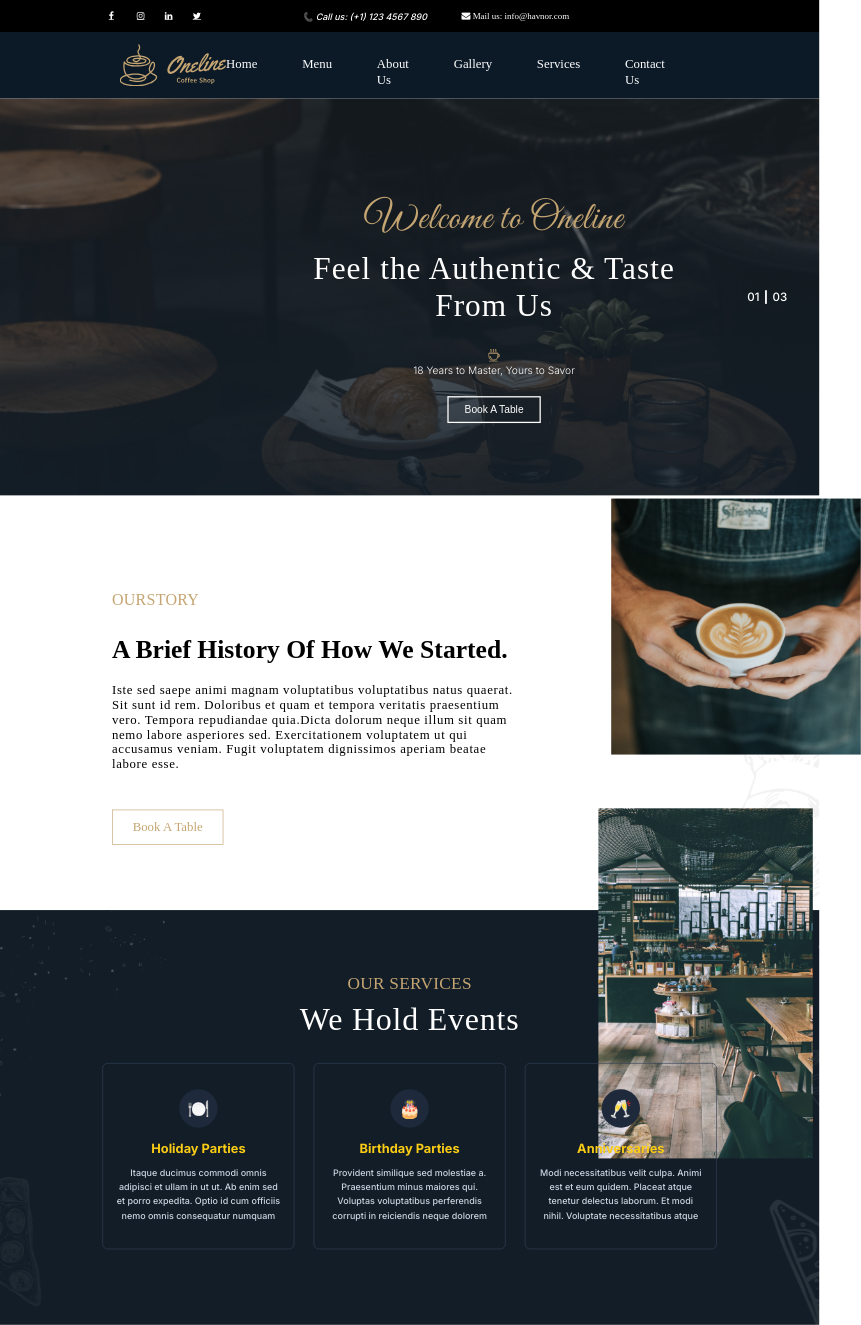
Repository: abhayzulasana/Online-Coffee-Shop
Page: index.html
An editor plug-in stored every save of this project. The page is shown before and after the next save, followed by the edit.
The browser window is 1280 px wide. The page is 1345 px wide, so the pictures cover 1345 px, including what lies to the right of the window. The pictures show the whole page, at 64% of full size.

Above is the page before, as saved 2025-05-21 17:22:32.

### index.html
<!DOCTYPE html>
<html lang="en">
<head>
  <meta charset="UTF-8" />
  <meta name="viewport" content="width=device-width, initial-scale=1.0" />
  <title>Oneline Coffee Shop</title>
  <link rel="stylesheet" href="style.css" />
  <link rel="stylesheet" href="https://cdnjs.cloudflare.com/ajax/libs/font-awesome/4.7.0/css/font-awesome.min.css">

  <link rel="preconnect" href="https://fonts.googleapis.com" />
  <link rel="preconnect" href="https://fonts.gstatic.com" crossorigin />
  <link href="https://fonts.googleapis.com/css2?family=Great+Vibes&family=Inter:wght@300;500;700&display=swap" rel="stylesheet">
</head>
<body>
  <header class="top-bar">
    <div class="social-icons">
      <a href="#" class="fa fa-facebook"></a>
      <a href="#" class="fa fa-instagram"></a>
      <a href="#" class="fa fa-linkedin"></a>
      <a href="#" class="fa fa-twitter"></a>

    </div>
    <div class="contact-info">
      <i class="call"> 📞   Call us: (+1) 123 4567 890</i>
      <i class="fa fa-envelope">    Mail us: info@havnor.com</i>

    </div>
  </header>

  <nav class="navbar">
    <div class="logo">
      <img src="img/cafelogo.svg">
      <!-- <span>☕</span>
      <span class="logo-text">Oneline <small>Coffee Shop</small></span> -->
    </div>
    <ul class="nav-links">
      <li>Home</li>
      <li>Menu</li>
      <li>About Us</li>
      <li>Gallery</li>
      <li>Services</li>
      <li>Contact Us</li>
    </ul>
  </nav>

  <section class="hero">
    <div class="hero-content">
  <center>
      <h2>Welcome to Oneline</h2>
      <h1>Feel the Authentic & Taste From Us</h1>
      <img src="img/cafe.svg">

      <!-- <div class="divider">☕</div> -->
      <p>18 Years to Master, Yours to Savor</p>
      <button>Book A Table</button>
    </div>
  </center>
    <div class="scroll-number">
      <span>01</span>
      <span>┃</span>
      <span>03</span>
    </div>
  </section >

   <div class="over-story">
    <div class="over-story-content">
        <h1>ourstory</h1>
        <h2>A Brief History Of How We Started.</h2>
        <p>Iste sed saepe animi magnam voluptatibus voluptatibus natus quaerat. Sit sunt id rem. Doloribus et quam et tempora veritatis praesentium vero. Tempora repudiandae quia.Dicta dolorum neque illum sit quam nemo labore asperiores sed. Exercitationem voluptatem ut qui accusamus veniam. Fugit voluptatem dignissimos aperiam beatae labore esse.</p>
        <button>Book A Table</button>
    </div>
    <div class="our-img">
        <img  class="img1" src="img/ourstory1.png">
        <img class="img2" src="img/ourstory2.png">

      </div>
   </div>


   <div class="our-services">
      <div class="text-content">
        <p class="section-title">OUR SERVICES</p>
        <h1 >We Hold Events</h1>
      </div>

      <div class="cards-container">
        <div class="card">
          <div class="icon-circle">🍽️</div>
          <h3>Holiday Parties</h3>
          <p>
            Itaque ducimus commodi omnis adipisci et ullam in ut ut. Ab enim sed
            et porro expedita. Optio id cum officiis nemo omnis consequatur numquam
          </p>
        </div>
        <div class="card">
          <div class="icon-circle">🎂</div>
          <h3>Birthday Parties</h3>
          <p>
            Provident similique sed molestiae a. Praesentium minus maiores qui.
            Voluptas voluptatibus perferendis corrupti in reiciendis neque dolorem
          </p>
        </div>
        <div class="card">
          <div class="icon-circle">🥂</div>
          <h3>Anniversaries</h3>
          <p>
            Modi necessitatibus velit culpa. Animi est et eum quidem. Placeat atque
            tenetur delectus laborum. Et modi nihil. Voluptate necessitatibus atque
          </p>
        </div>
      </div>

   </div>
</body>
</html>

### style.css
/* Reset & Base */
* {
    margin: 0;
    padding: 0px;
    box-sizing: border-box;
  }

  body {
    font-family: 'Inter', sans-serif;
    color: white;
    /* margin-left:90px; */
    height: 100vh;
  }
  html {
    scroll-behavior: smooth;
    /*Adds smooth scrolling instead of snapping to element*/
  }

  /* Top Bar */
  .top-bar {
    top: 0px;
    width: 100%;
    height: 50px;
    background-color: #000;
    color: white;
    display: flex;
    justify-content: space-between;
    padding: 10px 30px;
    font-size: 14px;

  }

  .social-icons a {
    margin-top:7px;
    width:40px;
    height: 17px;

    /* margin-right: 10px; */
    color: white;
    /* margin-left: 0px; */
    /* gap: 10px; */
  }
  .fa-facebook{
    margin-left: 140px;
  }
  .contact-info{
      display: flex;
      gap: 40px;
      margin-right: 320px;
      font-family: 'Inter', sans-serif;

      align-items: center;

  }
  .call{
      /* gap: 70px; */
      font-family: 'Inter', sans-serif;

      /* font: normal normal medium 16px/19px Montserrat; */
      width: 209px;
  }
  .fa-envelope{
    width: 209px;
    font-family: 'Inter', sans-serif;

  }

  /* Navbar */
  .navbar {
    top: 47px;
    margin-left: 0px;
    width: 100%;
    height: 104px;
    background-color: #0c1a28;
    display: flex;
    justify-content: space-between;
    text-align: left;
    /* align-items: center; */
    padding: 15px 50px;
  }

  .logo {
    display: flex;
    align-items: center;
    font-size: 70px;
    /* color: #C5A572; */
  }
.logo img{
  margin-left: 137px;
}
  /* .logo span{
    margin-left: 50px;
    color: #C5A572;
  } */
  .logo-text {
    top: 81px;
    width: 92px;
    height: px;
    color: #C5A572;
    font-family: 'Great Vibes', cursive;
    margin-left: 210px;
    font-size: 45px;
  }

  .logo-text small {
    display: block;
    font-size: 12px;
    font-family: 'Inter', sans-serif;
  }

  .nav-links {
    /* margin-left: 57px; */
    margin-right: 290px;
    margin-top: 23px;
    height: 24px;
    list-style: none;
    display: flex;
    gap: 70px;
    /* text-align: left; */
    font: normal normal normal 20px/24px Montserrat;
    color: #FFFFFF;
    opacity: 1;
  }

  .nav-links li {
    cursor: pointer;
  }

  /* Hero Section */
  .hero {
    top: 151px;
    left: 0px;
    width: 100%;
    height: 100px;
    display: flex;
    justify-content: space-between;
    align-items: center;
    height: calc(100vh - 100px);
    padding: 0 50px;
    background: url('img/bgcafe.png');
  background-repeat: no-repeat;
  background-size: cover;
  background-position: center;
  }

  .hero-content {
    top: 398px;
    margin-left: 427px;
    width: 857px;
    height: 317px;
    max-width: 50%;
  }

  .hero-content h2 {
    /* text-align: left; */
    font: normal normal normal 60px/75px Great Vibes;
    letter-spacing: 1.2px;
    color: #C5A572;

  }

  .hero-content h1 {
    font: normal normal normal ;
    font-family:Bellefair;
    font-size: 49px;
    letter-spacing: 1.6px;

    /* margin-bottom: 20px; */
  }

  .divider {
    font-size: 20px;
    color: #d4af37;
    margin-bottom: 10px;
  }

  .hero-content p {
    margin-bottom: 30px;
    font-weight: 300;
  }

  .hero-content button {
    padding: 10px 25px;
    font-size: 16px;
    background-color: transparent;
    border: 2px solid white;
    color: white;
    cursor: pointer;
    transition: 0.3s;
  }

  .hero-content button:hover {
    background-color: white;
    color: #000;
  }

  .scroll-number {
    text-align: center;
    font-size: 18px;
    line-height: 1.8;
  }
/* over story */
.over-story{
  height: 90vh;
  width: 100%;
  color: #000;
  display: flex;
  background: url('img/ourstorybg2.png') right bottom no-repeat;
  /* background-repeat: no-repeat; */
  /* background-size: cover; */
  /* background-position: center; */

}
.over-story-content h1{
      display: flex;
  font-size: 25px;
  margin-left: 175px;
  margin-top: 150px;
  width: 133px;
  height: 27px;
  text-align: left;
  font-family:'Montserrat';
  letter-spacing: 0.38px;
  color: #C5A572;
  text-transform: uppercase;
}
.over-story-content h2{
    font-family: 'Bellefair';
    font-size: 40px;
    margin-left: 175px;
    margin-top: 25px;
    width: 700px;
    height: 51px;
    text-transform: capitalize;
opacity: 1;
}
.over-story-content p{
  font-family: 'Montserrat';
  font-size: 20px;
  margin-left: 175px;
  margin-top: 25px;
  width: 632px;
  /* height: 51px; */
  letter-spacing: 1px;
}

.over-story-content button{
  margin-top: 60px;
  margin-left: 175px;
  font-family:'Montserrat';
  font-size: 20px;
  background-color: transparent;
  color: #C5A572;
  cursor: pointer;
  transition: 0.3s;
  border: 1px solid #C5A572;
  width: 174px;
  height: 55px;
}
.over-story-content button:hover {
  background-color: white;
  color: #421f1f;
}
/* .our-img{
  height:700px;
} */
.img1{
  margin-top: 5px;
  margin-left: 80px;
  width: 390px;
  height: 400px;
}
.img2{
  margin-top: 80px;
  margin-left: 60px;
  /* width: 335px;
  height: 547px; */
}

/* our services */
.our-services{
  height: 90vh;
  background: url('img/ourserviceimg.png');
  /* background-repeat: no-repeat; */
  background-size: cover;
  background-position: center;
  text-align: center;
  padding: 100px 20px;
}

.section-title{
  color:#C5A572;
  font-size: 27px;
  letter-spacing: 0.44px;
  font-family:Montserrat;
}
h1{
    font-size: 50px;
  font-weight: 500;
  margin: 10px 0 40px;
  letter-spacing: 1.2px;
  font-family: Bellefair;
}

.cards-container {
  display: flex;
  flex-wrap: wrap;
  justify-content: center;
  gap: 30px;
}

.card {
  background-color: transparent;
  border: 1px solid #334155;
  border-radius: 8px;
  padding: 40px 20px;
  width: 300px;
  color: #cbd5e1;
}

.card h3 {
  font-size: 20px;
  color: #facc15; /* Warm gold/yellow */
  margin: 20px 0 15px;
}

.card p {
  font-size: 14px;
  line-height: 1.6;

}

.icon-circle {
  background-color: #1e293b;
  color: #facc15;
  width: 60px;
  height: 60px;
  margin: 0 auto;
  border-radius: 50%;
  font-size: 28px;
  display: flex;
  align-items: center;
  justify-content: center;
}

After the next save:
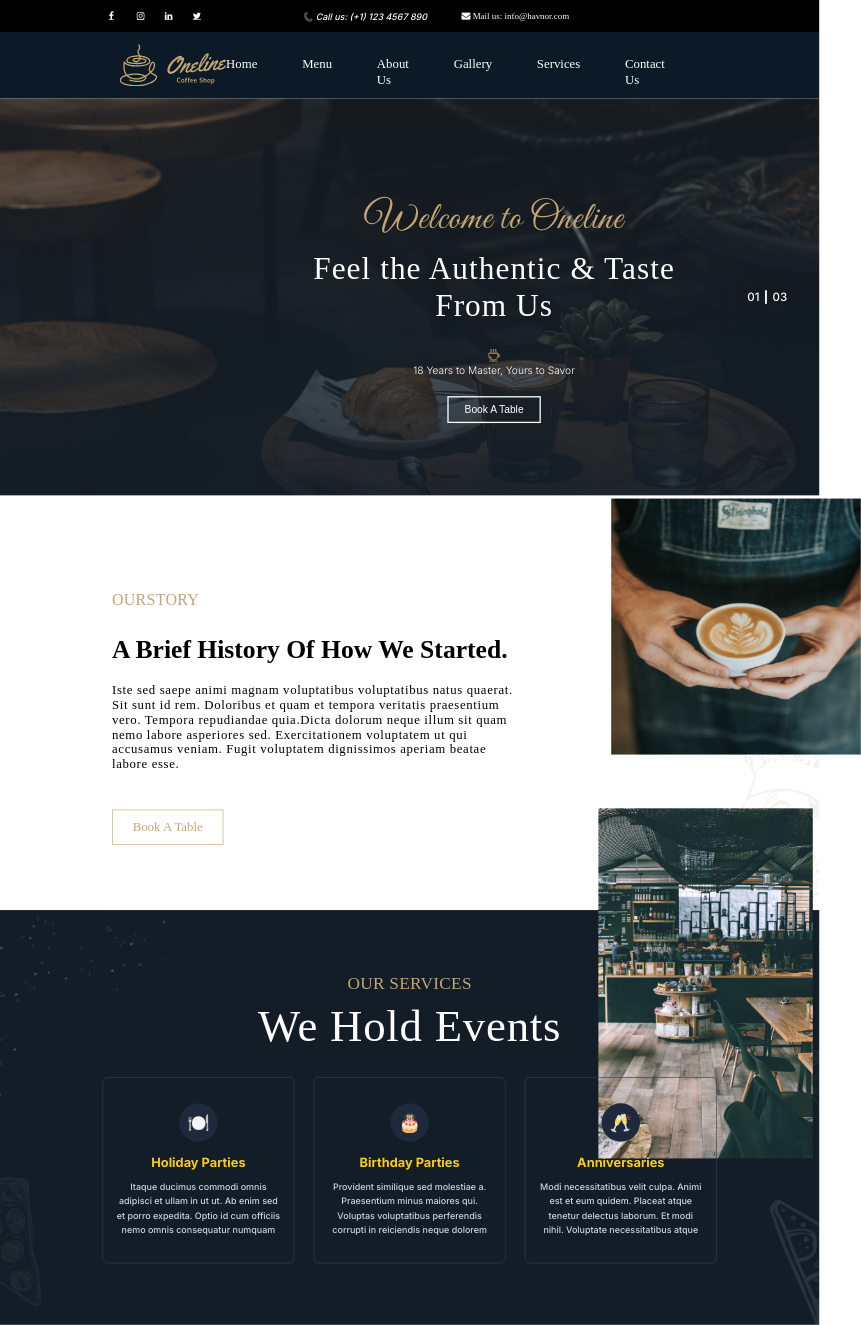
Saved 33 s later.
--- a/style.css
+++ b/style.css
@@ -295,7 +295,7 @@ opacity: 1;
   font-family:Montserrat;
 }
 h1{
-    font-size: 50px;
+    font-size: 70px;
   font-weight: 500;
   margin: 10px 0 40px;
   letter-spacing: 1.2px;
